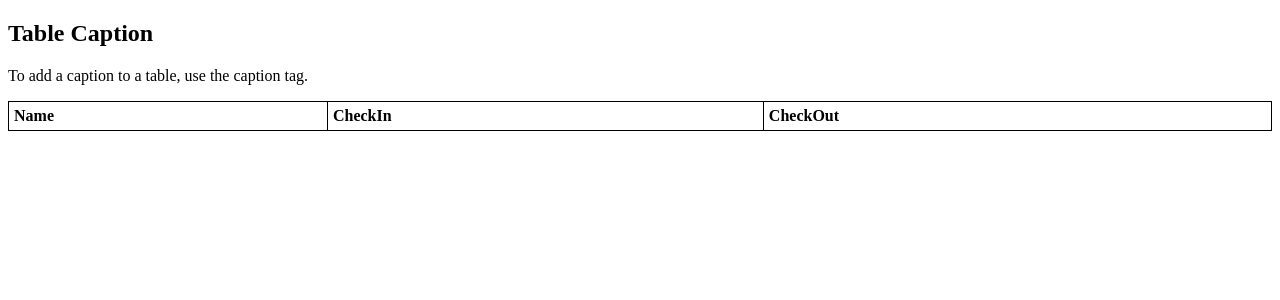
Repository: marianatudo/trabajo-final-progra-2
Page: templates/myReservations.html
These files come from the project's save history. The page is drawn as it stood at one moment and after the next save; the edit follows.
The browser window is 1280 px wide. The pictures show the whole page.

Above is the page before, as saved 2021-03-23 21:23:42.

After the next save:
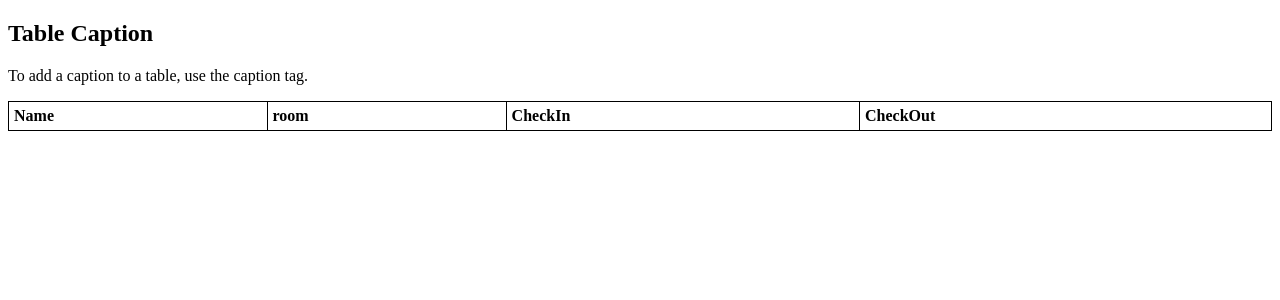
Saved 33 min 47 s later.
--- a/templates/myReservations.html
+++ b/templates/myReservations.html
@@ -26,6 +26,7 @@
     <table style="width:100%">
         <tr>
             <th>Name</th>
+            <th>room</th>
             <th>CheckIn</th>
             <th>CheckOut</th>
         </tr>
